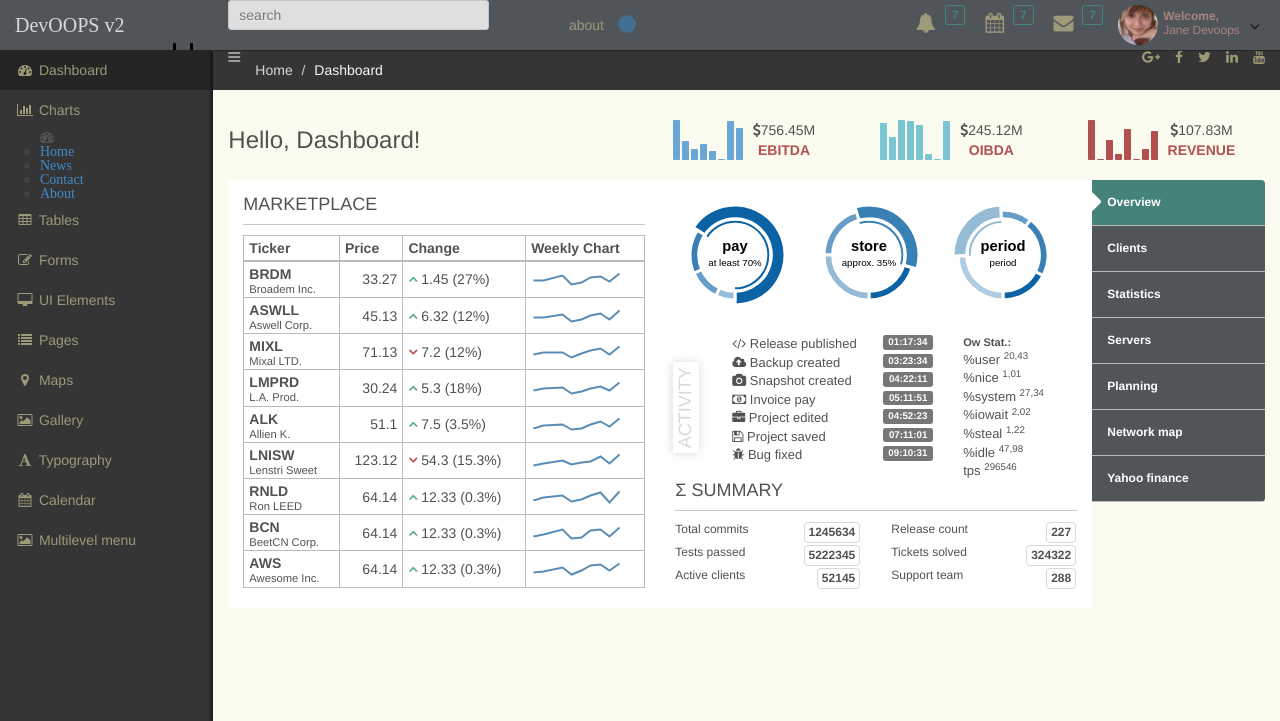
Repository: HackathonNicaragua/sixbyte
Page: http://localhost/RIMB/index.jsp
An editor plug-in stored every save of this project. The page is shown before and after a run of saves, followed by the edit.
The browser window is 1280 px wide. The pictures show the whole page.
Some web fonts or font styles are not loaded; a fallback is used. Some web libraries are served in a nearby version. The page is served by Tomcat 9.

Above is the page before, as saved 2017-11-25 21:08:11.

After the next 2 saves:
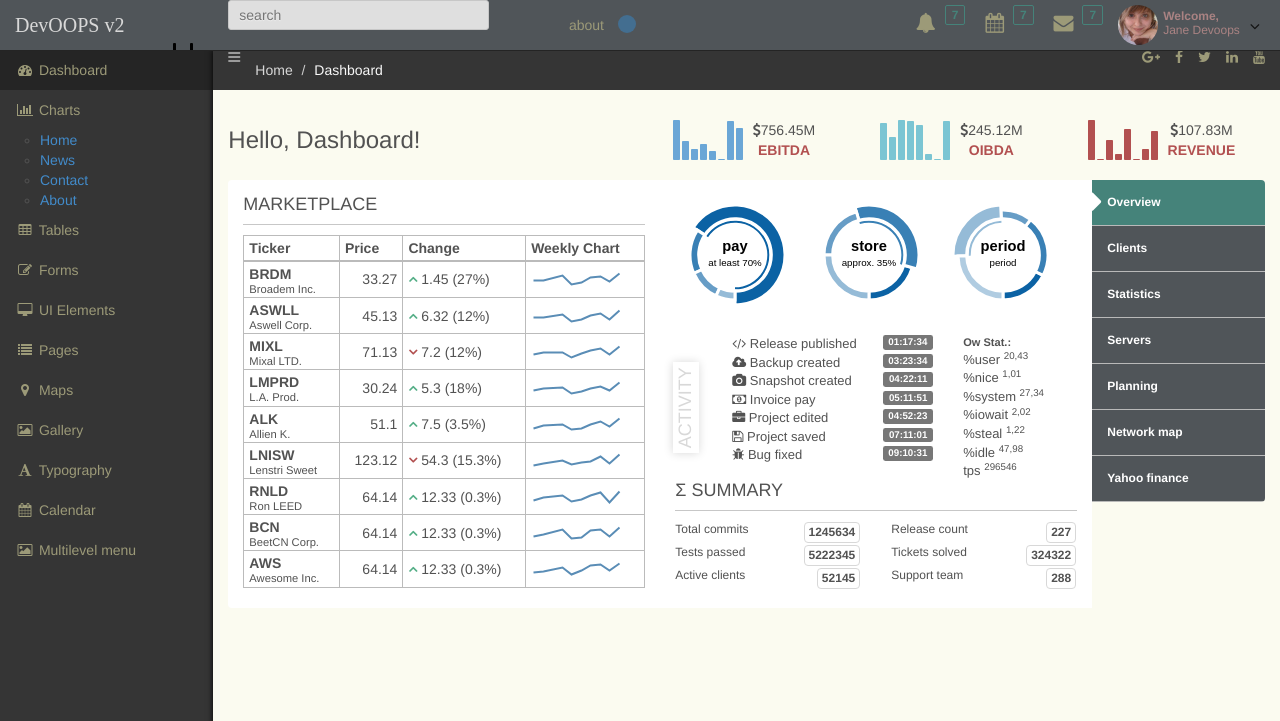
The 2 saves are shown as one change because they came seconds apart.
The last was saved 8 s later.
--- a/RIMB/WebContent/index.jsp
+++ b/RIMB/WebContent/index.jsp
@@ -169,7 +169,7 @@
 						<li><a class="ajax-link" href="ajax/charts_coindesk.html">CoinDesk realtime</a></li>
 					</ul>
 				</li>
-				<ul class="fa fa-dashboard">
+				<ul>
   				<li><a href="ajax/tables_simple.html">Home</a></li>
  				<li><a href="ajax/tables_simple.html">News</a></li>
   				<li><a href="ajax/tables_simple.html">Contact</a></li>
